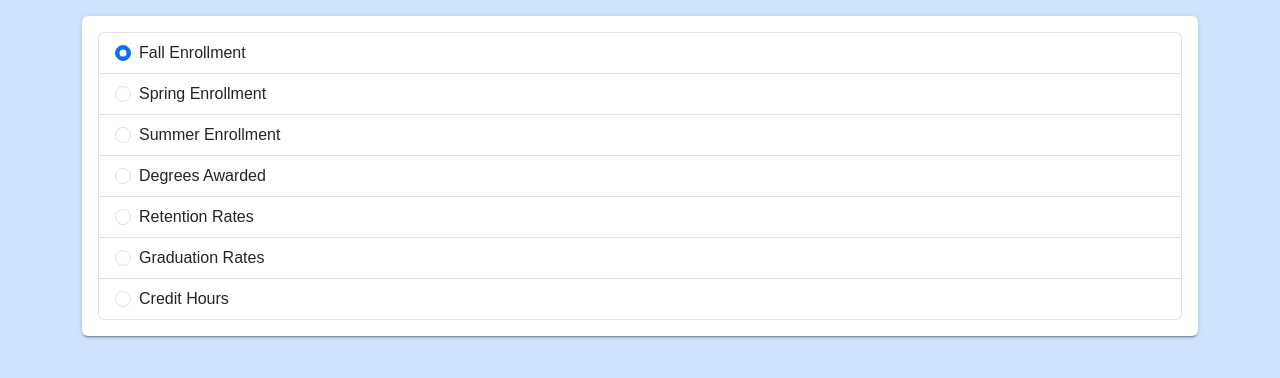
Repository: chancellor-w-whitaker/pivot-table
Page: /
The author's editor kept a copy of each file at every save. The page is drawn from the files as they stood at one save, then again after the next save.
The browser window is 1280 px wide. The pictures show the whole page.
The page's requests for data from a server got no answer. Some web fonts or font styles are not loaded; a fallback is used. The project was rebuilt for these pictures with package versions that can differ from the ones it lists, and the page was loaded fresh each time. No one was signed in, and anything a server would have sent is missing. Also part of the build but not shown: vite.config.js.

Above is the page before, as saved 2024-01-03 18:26:49.

After the next save:
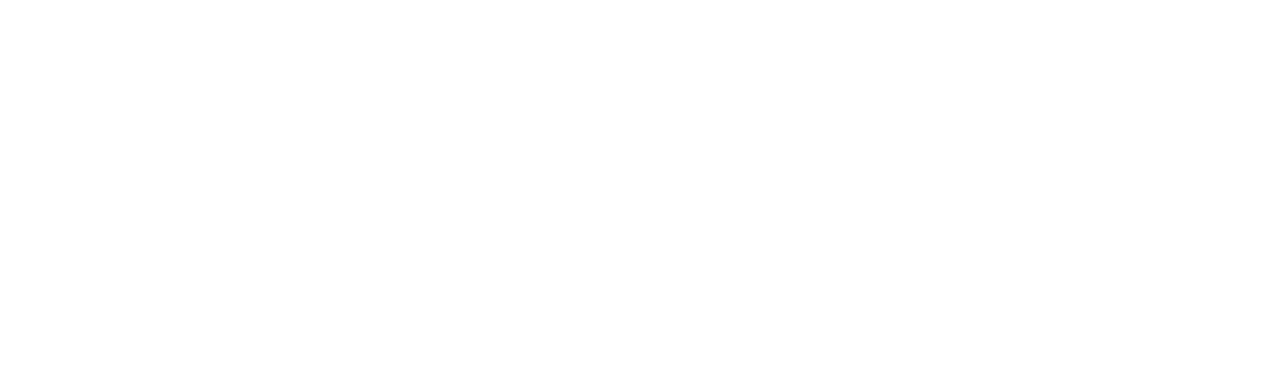
Console error: ReferenceError: checkedValue is not defined
Saved 21 s later.
--- a/src/App.jsx
+++ b/src/App.jsx
@@ -71,7 +71,7 @@
 ];
 
 const Dashboard = () => {
-  const [checkedValue, setCheckedValue] = useState(datasetOptions[0].value);
+  const [checkedDataset, setCheckedDataset] = useState(datasetOptions[0].value);
 
   const data = useData(`data/${checkedValue}.json`);
 

After the save that followed:
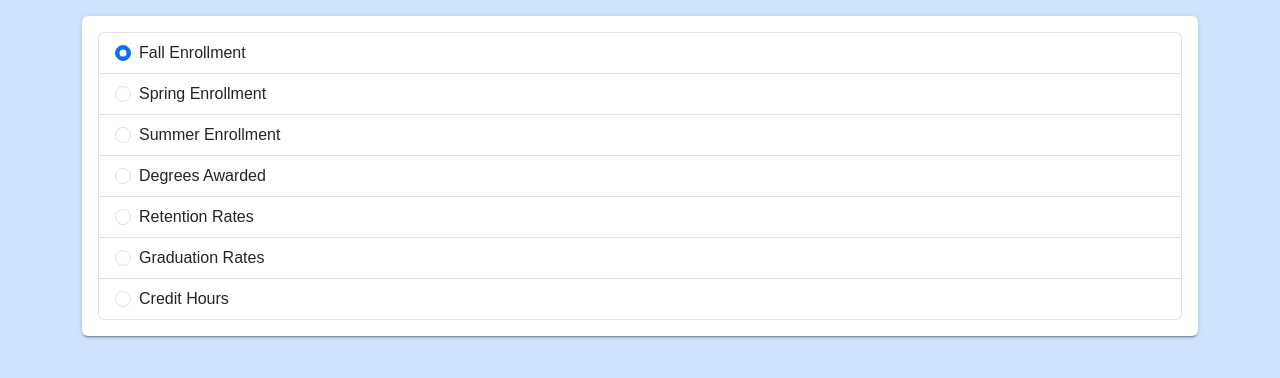
The error is gone.
Saved 16 s later.
--- a/src/App.jsx
+++ b/src/App.jsx
@@ -73,15 +73,15 @@
 const Dashboard = () => {
   const [checkedDataset, setCheckedDataset] = useState(datasetOptions[0].value);
 
-  const data = useData(`data/${checkedValue}.json`);
+  const data = useData(`data/${checkedDataset}.json`);
 
   // console.log(data);
 
   return (
     <>
       <RadioListGroup
-        setCheckedValue={setCheckedValue}
-        checkedValue={checkedValue}
+        setCheckedValue={setCheckedDataset}
+        checkedValue={checkedDataset}
         options={datasetOptions}
         name={"dataset"}
       ></RadioListGroup>
